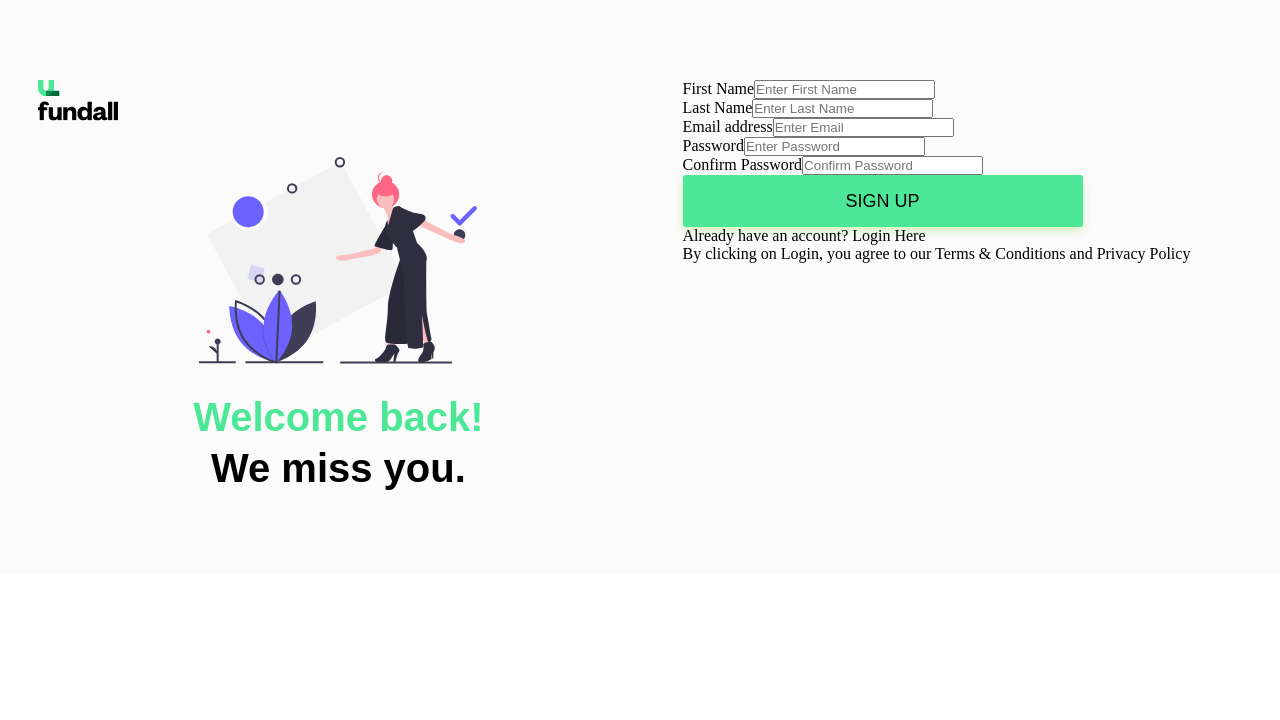
Repository: nilesjamex/niffty
Page: /login
An editor plug-in stored every save of this project. The page is shown before and after the next save, followed by the edit.
The browser window is 1280 px wide. The pictures show the whole page.
The project was rebuilt for these pictures with package versions that can differ from the ones it lists, and the page was loaded fresh each time. Also part of the build but not shown: src/components/Nav.vue, src/views/Home.vue, src/views/SignUp.vue.

Above is the page before, as saved 2022-04-16 20:50:49.

After the next save:
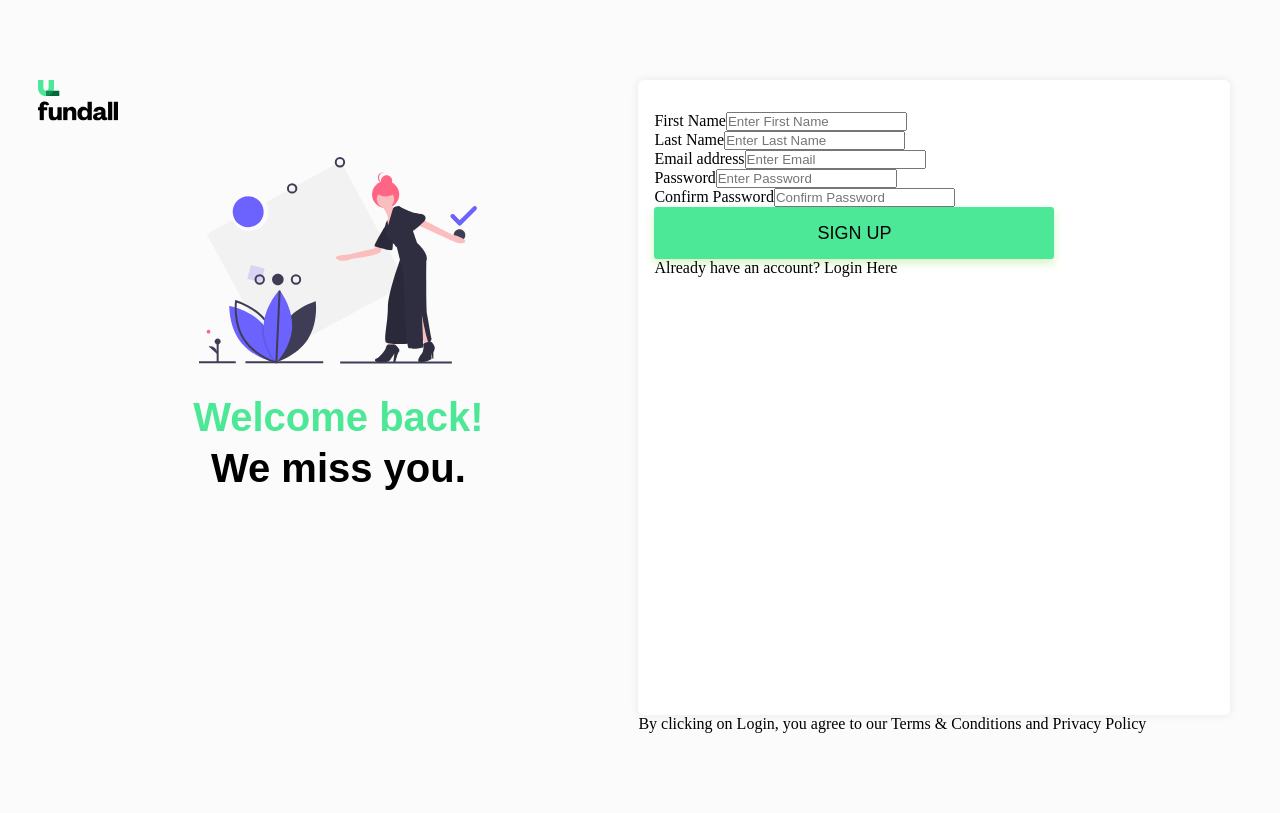
Saved 10 h 40 min later.
--- a/src/views/Login.vue
+++ b/src/views/Login.vue
@@ -100,4 +100,12 @@ export default {
         }
     }
 }
+form {
+    background: #FFFFFF;
+    box-shadow: 0px 0px 10px rgba(0, 0, 0, 0.082937);
+    border-radius: 6px;
+    width: 592px;
+    height: 635px;
+    padding: 2rem 1rem;
+}
 </style>
